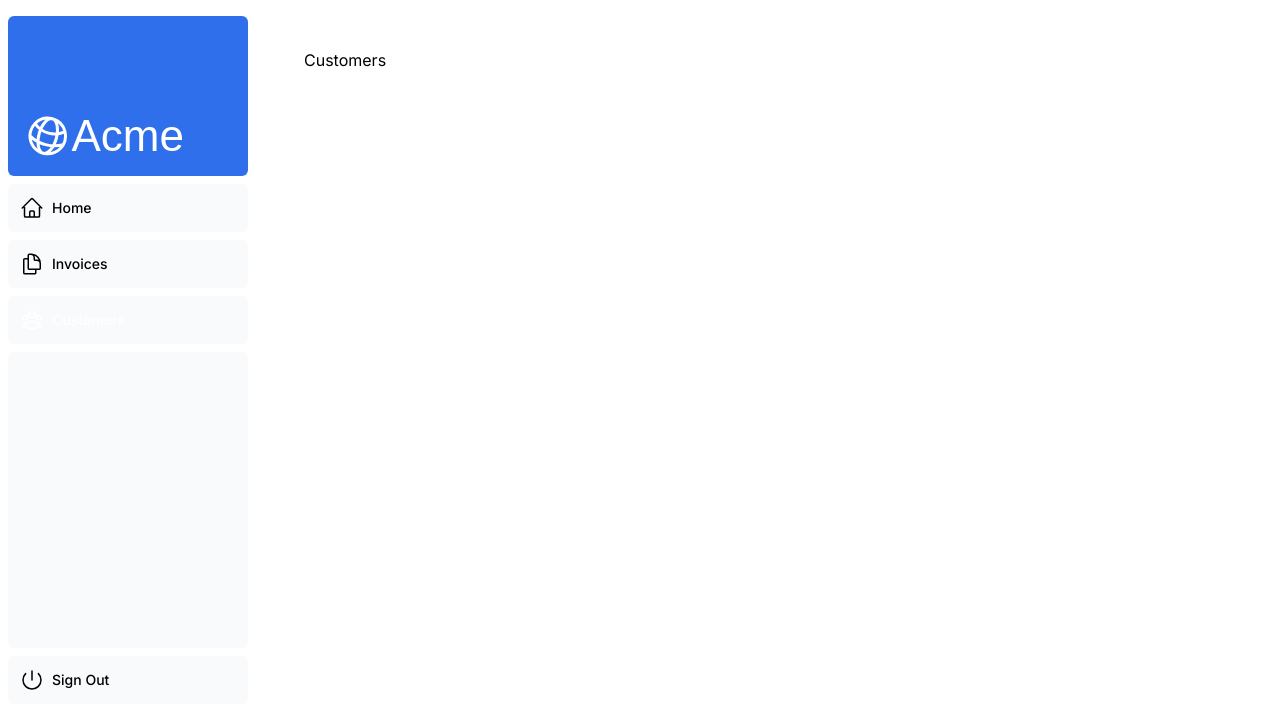
Repository: kaboreibrahim/DashbordNext
Page: /dashboard/customers
These files come from the project's save history. The page is drawn as it stood at one moment and after the next save; the edit follows.
The browser window is 1280 px wide. The pictures show the whole page.
Some web fonts or font styles are not loaded; a fallback is used. The project was rebuilt for these pictures with package versions that can differ from the ones it lists, and the page was loaded fresh each time. The framework's server and built-in components were replaced by stand-ins that run in the browser. Also part of the build but not shown: next.config.ts.

Above is the page before, as saved 2025-05-27 10:14:13.

After the next save:
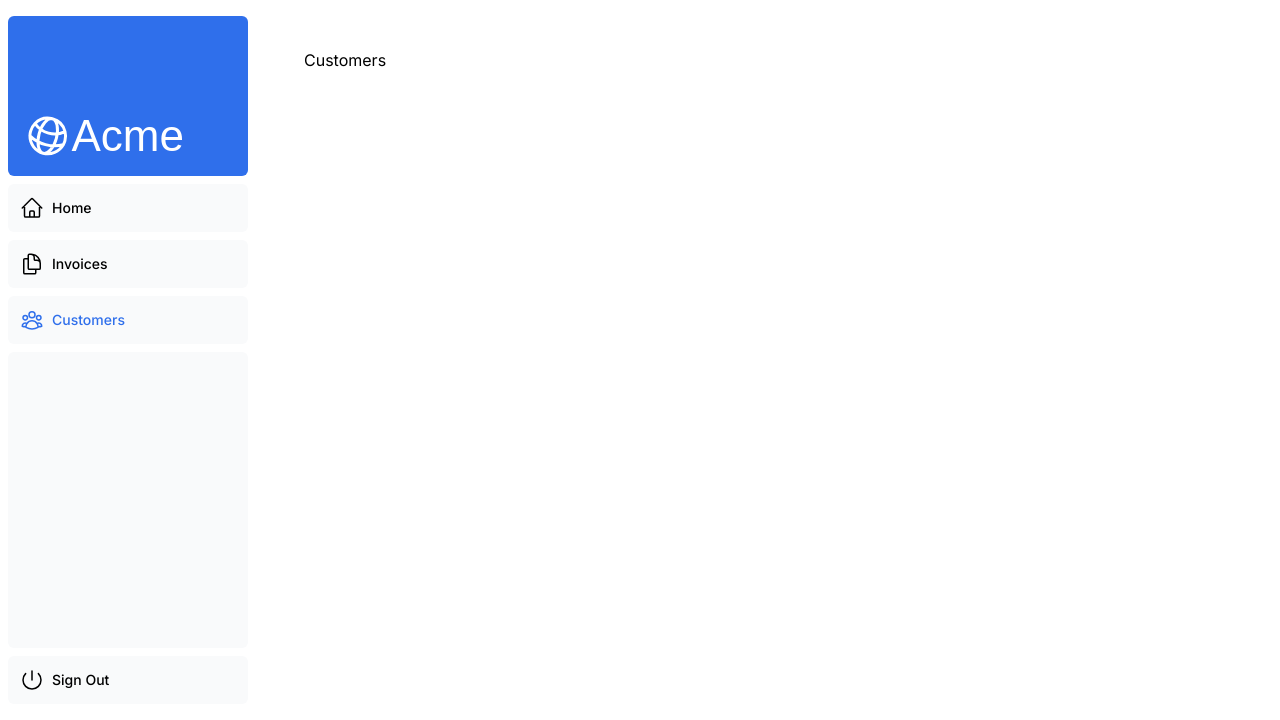
Saved 34 s later.
--- a/app/ui/dashboard/nav-links.tsx
+++ b/app/ui/dashboard/nav-links.tsx
@@ -29,7 +29,7 @@
             key={link.name}
             href={link.href}
             className={clsx("flex h-[48px] grow items-center justify-center gap-2 rounded-md bg-gray-50 p-3 text-sm font-medium hover:bg-sky-100 hover:text-blue-600 md:flex-none md:justify-start md:p-2 md:px-3", {
-                "bg-blue-600 text-white": usePathname() === link.href,
+                "bg-blue-600 text-blue-600": usePathname() === link.href,
             })}
           >
             <LinkIcon className="w-6" />
